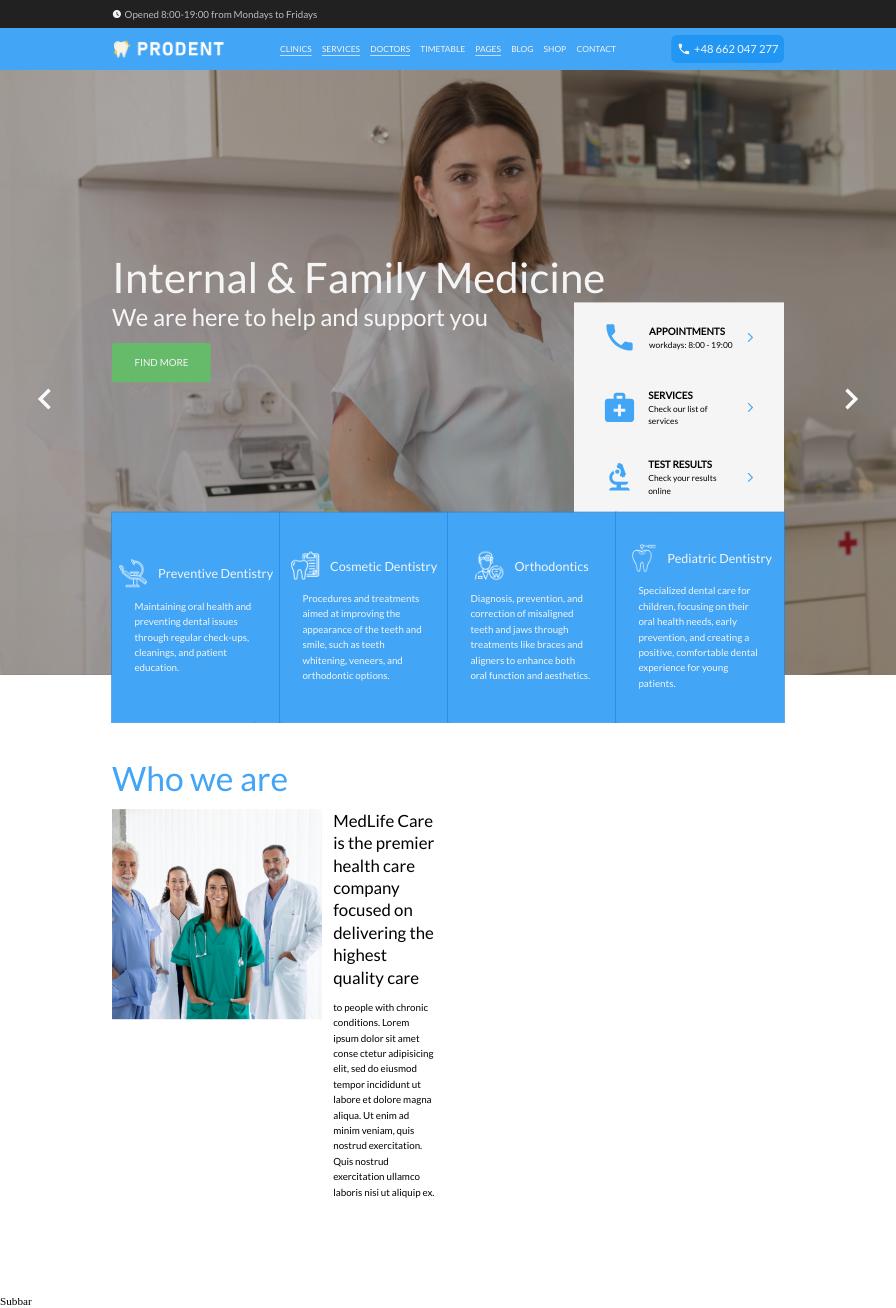
Repository: princ3-web/8
Page: /
The author's editor kept a copy of each file at every save. The page is drawn from the files as they stood at one save, then again after a run of saves.
The browser window is 1280 px wide. The pictures show the whole page, at 70% of full size.
The project was rebuilt for these pictures with package versions that can differ from the ones it lists, and the page was loaded fresh each time. Also part of the build but not shown: vite.config.js, src/subpages/About.jsx, src/index.css.

Above is the page before, as saved 2023-11-02 15:20:24.

### index.html
<!doctype html>
<html lang="en">
  <head>
    <meta charset="UTF-8" />
    <link rel="icon" type="image/svg+xml" href="/vite.svg" />
    <meta name="viewport" content="width=device-width, initial-scale=1.0" />
    <title>Vite + React</title>
    <link rel="preconnect" href="https://fonts.googleapis.com">
    <link rel="preconnect" href="https://fonts.gstatic.com" crossorigin>
    <link href="https://fonts.googleapis.com/css2?family=Lato&display=swap" rel="stylesheet">
  </head>
  <body>
    <div id="root"></div>
    <script type="module" src="/src/main.jsx"></script>
  </body>
</html>

### src/App.jsx
import "./App.css";
import { Box } from "@mui/material";
import { Route, Routes } from "react-router-dom";
import Home from "./subpages/Home";
import About from "./subpages/About";
import Navbar from "./components/Navbar";
import Subbar from "./components/Subbar";
import { createTheme, ThemeProvider } from "@mui/material/styles";

function App() {

  const theme = createTheme({
    typography: {
      fontFamily: "Lato, sans-serif",
    },
  });



  return (
    <ThemeProvider theme={theme}>
    <Box>

      <Navbar />

      <Routes>
        <Route path="/" element={<Home />} />
        <Route path="/about" element={<About />} />
      </Routes>
      <Subbar />
    </Box>
    </ThemeProvider>
  );
}

export default App;

### src/App.css
body {
  padding: 0;
  margin: 0;
  overflow-x: "hidden";
}

### src/subpages/Home.jsx
import React, { useEffect, useState } from "react";
import { Box, CardMedia, Typography, Button, Fade } from "@mui/material";
import image1 from "../assets/images/1.jpg";
import image2 from "../assets/images/2.jpg";
import image3 from "../assets/images/3.jpg";
import image4 from "../assets/images/4.jpg";
import { green, grey, blue } from "@mui/material/colors";
import PhoneIcon from "@mui/icons-material/Phone";
import MedicalServicesIcon from "@mui/icons-material/MedicalServices";
import BiotechIcon from "@mui/icons-material/Biotech";
import ArrowForwardIosIcon from "@mui/icons-material/ArrowForwardIos";
import icon1 from "../assets/icons/1.png";
import icon2 from "../assets/icons/2.png";
import icon3 from "../assets/icons/3.png";
import icon4 from "../assets/icons/4.png";
import SingleCarousel from "../components/SingleCarousel";

const Menu = () => {
  const items0 = [
    {
      title: "Preventive Dentistry",
      text: "Maintaining oral health and preventing dental issues through regular check-ups, cleanings, and patient education.",
      icon: icon1,
    },
    {
      title: "Cosmetic Dentistry",
      text: "Procedures and treatments aimed at improving the appearance of the teeth and smile, such as teeth whitening, veneers, and orthodontic options.",
      icon: icon2,
    },
    {
      title: "Orthodontics",
      text: "Diagnosis, prevention, and correction of misaligned teeth and jaws through treatments like braces and aligners to enhance both oral function and aesthetics.      ",
      icon: icon3,
    },
    {
      title: "Pediatric Dentistry",
      text: "Specialized dental care for children, focusing on their oral health needs, early prevention, and creating a positive, comfortable dental experience for young patients.      ",
      icon: icon4,
    },
  ];

  const items1 = [
    {
      title: "APPOINTMENTS",
      text: "workdays: 8:00 - 19:00",
      icon: <PhoneIcon sx={{ color: blue[400], fontSize: "50px", mr: "1rem" }} />,
    },
    {
      title: "SERVICES",
      text: "Check our list of services",
      icon: <MedicalServicesIcon sx={{ color: blue[400], fontSize: "50px", mr: "1rem" }} />,
    },
    {
      title: "TEST RESULTS",
      text: "Check your results online",
      icon: <BiotechIcon sx={{ color: blue[400], fontSize: "50px", mr: "1rem" }} />,
    },
  ];

  return (
    <Box
      sx={{
        position: "absolute",
        display: "flex",
        flexDirection: "column",
        alignItems: "flex-end",
        boxSizing: "border-box",
        top: "60%",
        px: "160px",
        width: "100%",
      }}
    >
      <Box
        sx={{
          display: "flex",
          flexDirection: "column",
          justifyContent: "space-evenly",
          alignItems: "center",
          backgroundColor: grey[100],
          width: "300px",
          height: "300px",
        }}
      >
        {items1.map((item) => (
          <Box
            sx={{
              display: "flex",
              alignItems: "center",
              justifyContent: "space-between",
              width: "100%",
              height: "33%",
              boxSizing: "border-box",
              px: "40px",
              transition: "0.25s",
              ":hover": {
                backgroundColor: grey[300],
                cursor: "pointer",
              },
            }}
          >
            {item.icon}
            <Box>
              <Typography sx={{ fontSize: "14px", fontWeight: 600 }}>{item.title}</Typography>
              <Typography sx={{ fontSize: "12px" }}>{item.text}</Typography>
            </Box>
            <ArrowForwardIosIcon sx={{ color: blue[400], fontSize: "16px", ml: "1rem" }} />
          </Box>
        ))}
      </Box>
      <Box sx={{ display: "flex", width: "100%" }}>
        {items0.map((item) => (
          <Box
            sx={{
              display: "flex",
              flexDirection: "column",
              justifyContent: "center",
              alignItems: "center",
              backgroundColor: blue[400],
              width: "300px",
              height: "300px",
              outline: "1px solid " + blue[600],
              transition: "0.25s",
              ":hover": {
                backgroundColor: blue[500],
                cursor: "pointer",
              },
            }}
          >
            <Box sx={{ display: "flex", alignItems: "center", mb: "1rem" }}>
              <CardMedia
                component="img"
                src={item.icon}
                alt=""
                sx={{ width: "40px", mr: "1rem" }}
              />
              <Typography color={grey[100]} sx={{ fontSize: "18px" }}>
                {item.title}
              </Typography>
            </Box>
            <Typography color={grey[100]} variant="subtitle2" sx={{ px: "2rem" }}>
              {item.text}
            </Typography>
          </Box>
        ))}
      </Box>
    </Box>
  );
};

const Home = () => {
  const items0 = [
    {
      title: "Preventive Dentistry",
      text: "Maintaining oral health and preventing dental issues through regular check-ups, cleanings, and patient education.",
      icon: icon1,
    },
    {
      title: "Cosmetic Dentistry",
      text: "Procedures and treatments aimed at improving the appearance of the teeth and smile, such as teeth whitening, veneers, and orthodontic options.",
      icon: icon2,
    },
    {
      title: "Orthodontics",
      text: "Diagnosis, prevention, and correction of misaligned teeth and jaws through treatments like braces and aligners to enhance both oral function and aesthetics.      ",
      icon: icon3,
    },
    {
      title: "Pediatric Dentistry",
      text: "Specialized dental care for children, focusing on their oral health needs, early prevention, and creating a positive, comfortable dental experience for young patients.      ",
      icon: icon4,
    },
  ];

  const items1 = [
    {
      title: "APPOINTMENTS",
      text: "workdays: 8:00 - 19:00",
      icon: <PhoneIcon sx={{ color: blue[400], fontSize: "50px", mr: "1rem" }} />,
    },
    {
      title: "SERVICES",
      text: "Check our list of services",
      icon: <MedicalServicesIcon sx={{ color: blue[400], fontSize: "50px", mr: "1rem" }} />,
    },
    {
      title: "TEST RESULTS",
      text: "Check your results online",
      icon: <BiotechIcon sx={{ color: blue[400], fontSize: "50px", mr: "1rem" }} />,
    },
  ];

  const [currentImageIndex, setCurrentImageIndex] = useState(0);

  useEffect(() => {
    const interval = setInterval(() => {
      const nextIndex = (currentImageIndex + 1) % images.length;
      setCurrentImageIndex(nextIndex);
    }, 4000);

    return () => {
      clearInterval(interval);
    };
  }, [currentImageIndex]);

  const images = [image1, image2, image3, image4];

  return (
    <Box>
      <SingleCarousel images={images} />

      <Box sx={{ position: "absolute", top: "50%", left: "160px", zIndex: 1 }}>
        <Typography variant="h2" sx={{ color: grey[100] }}>
          Internal & Family Medicine
        </Typography>
        <Typography variant="h4" sx={{ color: grey[100] }}>
          We are here to help and support you
        </Typography>
        <Button
          sx={{
            backgroundColor: green[400],
            color: grey[100],
            py: "1rem",
            px: "2rem",
            mt: "1rem",
            "&:hover": {
              backgroundColor: green[700],
              cursor: "pointer",
            },
          }}
        >
          FIND MORE
        </Button>
      </Box>
      <Menu />
      <Box sx={{ boxSizing: "border-box", px: "160px", py: "120px" }}>
        <Typography variant="h3" color={blue[400]}>Who we are</Typography>
        <Box sx={{ display: "flex",  width:"50%" }}>
          <CardMedia
            component="img"
            src={image1}
            alt=""
            sx={{ width: "300px", height: "300px", mt: "1rem" }}
          />
          <Box sx={{p:"1rem"}}>
            <Typography variant="h5" sx={{mb:"1rem"}}>
              MedLife Care is the premier health care company focused on delivering the highest
              quality care
            </Typography>

          <Typography  variant="subtitle2">
            to people with chronic conditions. Lorem ipsum dolor sit amet conse ctetur adipisicing
            elit, sed do eiusmod tempor incididunt ut labore et dolore magna aliqua. Ut enim ad
            minim veniam, quis nostrud exercitation. Quis nostrud exercitation ullamco laboris nisi
            ut aliquip ex.
          </Typography>
          </Box>
        </Box>
      </Box>
    </Box>
  );
};

export default Home;

### src/components/Navbar.jsx
import React from "react";
import { Box, Typography, CardMedia, Menu, MenuItem } from "@mui/material";
import { blue, grey } from "@mui/material/colors";
import PhoneIcon from "@mui/icons-material/Phone";
import AccessTimeFilledIcon from "@mui/icons-material/AccessTimeFilled";
import logo from "../assets/icons/logo.png";

const Navbar = () => {
  const items = [
    { name: "CLINICS", items: ["Dental Clinic 1", "Dental Clinic 2", "Dental Clinic 3"] },
    { name: "SERVICES", items: ["Orthodontics", "Cosmetic Dentistry", "Preventive Dentistry"] },
    { name: "DOCTORS", items: ["Dentist 1", "Dentist 2", "Dentist 3"] },
    { name: "TIMETABLE", items: [] },
    { name: "PAGES", items: ["Home Page", "About Us", "Services Page"] },
    { name: "BLOG", items: [] },
    { name: "SHOP", items: [] },
    {
      name: "CONTACT",
      items: [],
    },
  ];

  const handleMenuItemHover = (event, index) => {
    const dropdownMenu = event.currentTarget.querySelector(".dropdown-menu");
    if (dropdownMenu) {
      dropdownMenu.style.visibility = "visible";
      dropdownMenu.style.filter = "opacity(1)";
    }
  };

  const handleMenuItemLeave = (event) => {
    const dropdownMenu = event.currentTarget.querySelector(".dropdown-menu");
    if (dropdownMenu) {
      dropdownMenu.style.visibility = "hidden";
      dropdownMenu.style.filter = "opacity(0)";
    }
  };

  return (
    <Box sx={{ position: "relative", zIndex: 2 }}>
      <Box
        sx={{
          display: "flex",
          alignItems: "center",
          height: "40px",
          width: "100%",
          backgroundColor: grey[900],
          pl: "160px",
          boxSizing: "border-box",
        }}
      >
        <AccessTimeFilledIcon sx={{ color: grey[100], fontSize: "14px", mr: "0.25rem" }} />
        <Typography color={grey[400]} variant="subtitle2">
          Opened 8:00-19:00 from Mondays to Fridays
        </Typography>
      </Box>
      <Box
        sx={{
          display: "flex",
          justifyContent: "space-between",
          alignItems: "center",
          boxSizing: "border-box",
          px: "160px",
          backgroundColor: blue[400],
          height: "60px",
        }}
      >
        <Box>
          <CardMedia component="img" src={logo} alt="" sx={{ height: "30px" }} />
        </Box>
        <Box
          sx={{
            display: "flex",
            justifyContent: "space-between",
            alignItems: "center",
            width: "50%",
            height: "100%",
          }}
        >
          {items.map((item, index) => (
            <Box
              key={index}
              onMouseEnter={(e) => handleMenuItemHover(e, index)}
              onMouseLeave={handleMenuItemLeave}
              sx={{ display: "flex", alignItems: "center", height: "100%" }}
            >
              <Typography
                sx={{
                  color: grey[100],
                  textDecoration: item.items.length < 1 ? "none" : "underline",
                  textUnderlineOffset:"5px",
                  fontSize: "12px",
                  ":hover": { cursor: "pointer", color: blue[100] },
                }}
              >
                {item.name}
              </Typography>
              <Box
                className="dropdown-menu"
                sx={{
                  visibility: "hidden",
                  position: "absolute",
                  backgroundColor: grey[100],
                  transition: "0.5s",
                  filter: "opacity(0)",
                  fontSize: "12px",
                  mt: "190px",
                  ml: "-10px",
                  py:"0.5rem",
                }}
              >
                {item.items.map((item) => (

                  <MenuItem sx={{ fontSize: "12px", p:"1rem", pr:"7rem" }}>{item}</MenuItem>
                ))}
              </Box>
            </Box>
          ))}
        </Box>
        <Box
          sx={{
            display: "flex",
            alignItems: "center",
            p: "0.5rem",
            borderRadius: ".5rem",
            backgroundColor: blue[500],
          }}
        >
          <PhoneIcon sx={{ color: grey[100], fontSize: "20px", mr: "0.25rem" }} />
          <Typography color={grey[100]}>+48 662 047 277</Typography>
        </Box>
      </Box>
    </Box>
  );
};

export default Navbar;

### src/components/Subbar.jsx
import React from 'react'

const Subbar = () => {
  return (
    <div>Subbar</div>
  )
}

export default Subbar

### src/components/SingleCarousel.jsx
import React, { useState, useEffect } from "react";
import KeyboardArrowLeftIcon from "@mui/icons-material/KeyboardArrowLeft";
import KeyboardArrowRightIcon from "@mui/icons-material/KeyboardArrowRight";
import IconButton from "@mui/material/IconButton";
import Box from "@mui/material/Box";
import { grey } from "@mui/material/colors";
import { CardMedia } from "@mui/material";

const SingleCarousel = ({ images }) => {
  const [index, setIndex] = useState(0);
  const [transition, setTransition] = useState(false);
  const [hover, setHover] = useState(false);

  useEffect(() => {
    const interval = setInterval(() => {
      setIndex((state) => (state === images.length - 1 ? 0 : state + 1));
    }, 5000);

    return () => {
      clearInterval(interval);
    };
  }, [hover]);

  const handlePrevious = () => {
    if (!transition) {
      setTransition(true);
      setIndex((state) => (state > 0 ? setIndex(state - 1) : setIndex(images.length - 1)));
      setTimeout(() => setTransition(false), 500);
    }
  };

  const handleNext = () => {
    if (!transition) {
      setTransition(true);
      setIndex((state) => (state < images.length - 1 ? setIndex(state + 1) : setIndex(0)));
      setTimeout(() => setTransition(false), 500);
    }
  };

  return (
    <Box height={"120vh"} sx={{ position: "relative", overflow: "hidden", backgroundColor: grey[900] }}>
      {images.map((item, n) => (
        <Box
          sx={{
            position: "absolute",
            justifyContent: "center",
            alignContent: "center",
            width: "100%",
            height: "100%",
            transition: "2s",
            filter: n === index ? "Opacity(1)" : "Opacity(0)",
          }}
        >
          <CardMedia
            component="img"
            src={item}
            sx={{ height: "100%", filter: "brightness(0.8)" }}
          />

        </Box>
      ))}
      <Box
        sx={{
          position: "absolute",
          display: "flex",
          justifyContent: "space-between",
          width: "96%",
          left: "2%",
          top: "50%",
        }}
      >
        <IconButton
          onClick={handlePrevious}
          onMouseOver={() => setHover(true)}
          onMouseLeave={() => setHover(false)}
        >
          <KeyboardArrowLeftIcon style={{ color: grey[50], zIndex: 10, fontSize: 60 }} />
        </IconButton>
        <IconButton
          onClick={handleNext}
          onMouseOver={() => setHover(true)}
          onMouseLeave={() => setHover(false)}
        >
          <KeyboardArrowRightIcon style={{ color: grey[50], zIndex: 10, fontSize: 60 }} />
        </IconButton>
      </Box>
    </Box>
  );
};

export default SingleCarousel;

Loaded but not shown: src/main.jsx (common file); src/index.css (no copy from this time; the picture is the same without it)

After the next 5 saves:
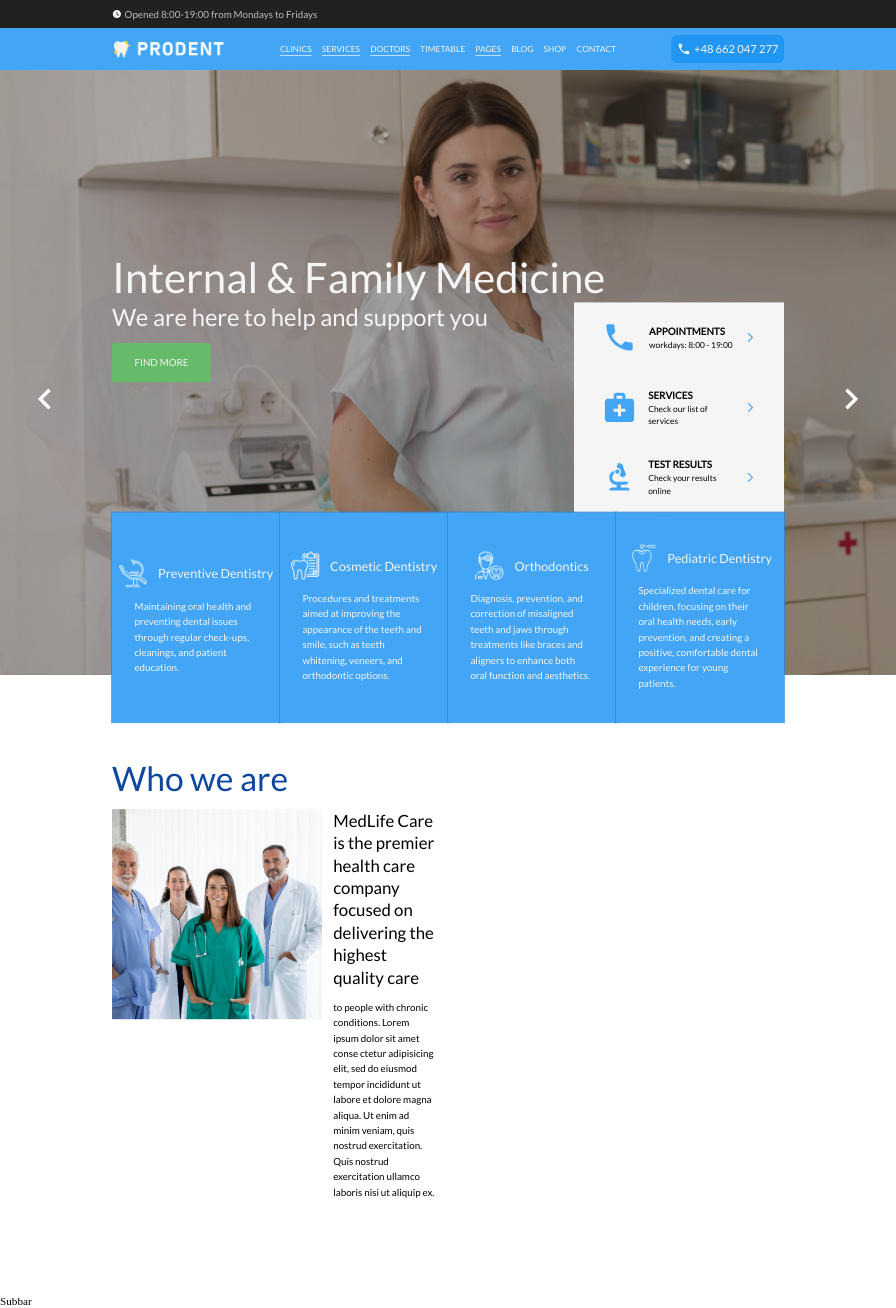
The 5 saves are shown as one change because they came seconds apart.
The last was saved 15 s later.
--- a/src/subpages/Home.jsx
+++ b/src/subpages/Home.jsx
@@ -233,7 +233,7 @@ const Home = () => {
       </Box>
       <Menu />
       <Box sx={{ boxSizing: "border-box", px: "160px", py: "120px" }}>
-        <Typography variant="h3" color={blue[400]}>Who we are</Typography>
+        <Typography variant="h3" color={blue[900]}>Who we are</Typography>
         <Box sx={{ display: "flex",  width:"50%" }}>
           <CardMedia
             component="img"
